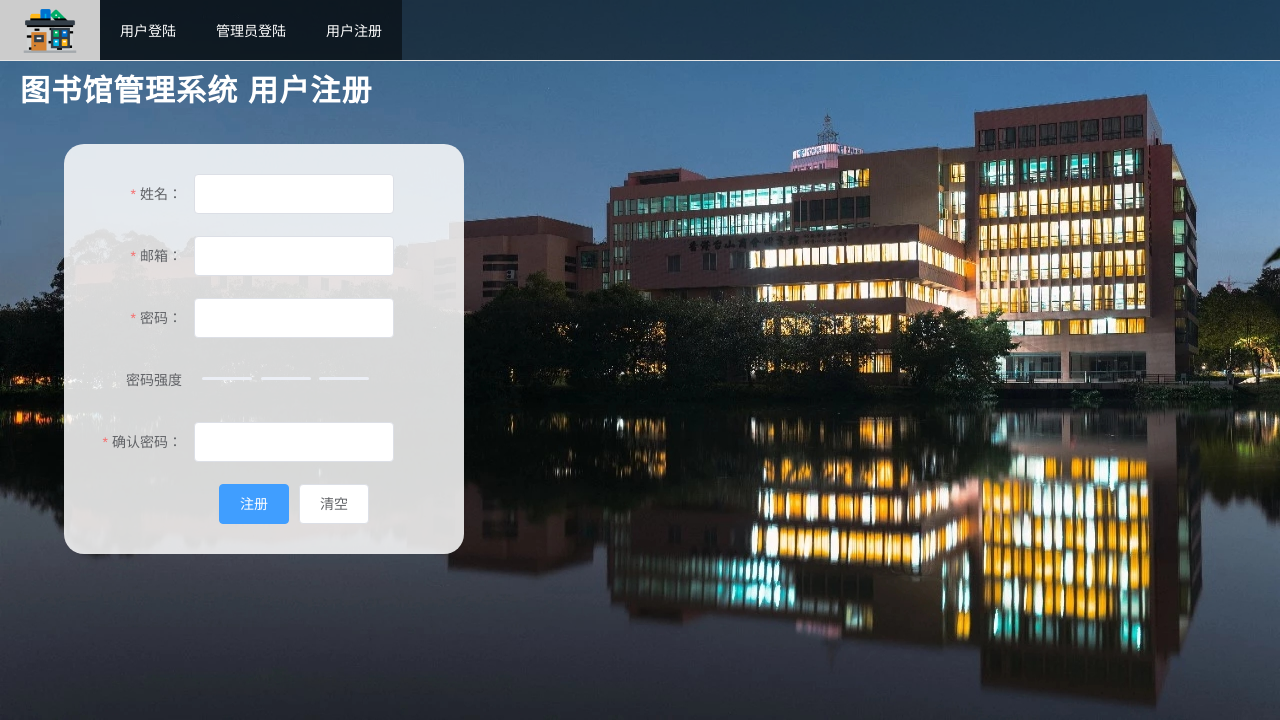
Repository: Akron-xz/helloVue
Page: /#/signup (app in vue-library/)
These files come from the project's save history. The page is drawn as it stood at one moment and after the next save; the edit follows.
The browser window is 1280 px wide. The pictures show the whole page.
The project was rebuilt for these pictures with package versions that can differ from the ones it lists, and the page was loaded fresh each time. Also part of the build but not shown: vue-library/src/views/Home.vue.

Above is the page before, as saved 2020-11-25 16:50:08.

### vue-library/src/main.js
import Vue from 'vue'
import App from './App.vue'
import ElementUI from 'element-ui';
import 'element-ui/lib/theme-chalk/index.css';
import axios from "axios"
import router from './router'
import Router from 'vue-router'

const routerPush = Router.prototype.push
Router.prototype.push = function push(location) {
    return routerPush.call(this, location).catch(error => error)
}

Vue.config.productionTip = false
Vue.use(ElementUI);
Vue.prototype.$axios = axios;


new Vue({
    router,
    render: h => h(App)
}).$mount('#app')

### vue-library/src/router/index.js
import Vue from 'vue'
import VueRouter from 'vue-router'
import Home from '../views/Home.vue'


Vue.use(VueRouter)

const routes = [{
        path: '/',
        name: 'Home',
        component: Home
    },
    {
        path: '/about',
        name: 'About',
        // route level code-splitting
        // this generates a separate chunk (about.[hash].js) for this route
        // which is lazy-loaded when the route is visited.
        component: () =>
            import ( /* webpackChunkName: "about" */ '../views/About.vue')
    },
    {
        path: '/admin',
        name: 'Admin',
        // route level code-splitting
        // this generates a separate chunk (about.[hash].js) for this route
        // which is lazy-loaded when the route is visited.
        component: () =>
            import ( /* webpackChunkName: "about" */ '../views/Administrator.vue')
    },
    {
        path: "/userLogin",
        name: "UserLogin",
        component: () =>
            import ('../views/UserLogin.vue')
    },
    {
        path: "/user",
        name: "User",
        component: () =>
            import ( /* webpackChunkName: "about" */ '../views/User.vue')
    },
    {
        path: "/signup",
        name: "SignUp",
        component: () =>
            import ('../views/SignUp.vue')
    },
    {
        path: "/adminmain",
        name: "AdminMain",
        component: () =>
            import ('../views/AdminMain.vue')
    },
    {

        path: "/MyInformation",
        name: "MyInformation",
        component: () =>
            import ('../views/MyInformation.vue')
    },
    {
        path: "/library",
        name: "Library",
        component: () =>
            import ( /* webpackChunkName: "about" */ '../views/Library.vue')

    },
    {
        path: "/modifymsg",
        name: "ModifyMsg",
        component: () =>
            import ('../views/ModifyMsg.vue')
    },
    {
        path: "/borrowhistory",
        name: "BorrowHistory",
        component: () =>
            import ('../views/BorrowHistory.vue')
    },
    {
        path: "/newissue",
        name: "NewIssue",
        component: () =>
            import ('../views/NewIssue.vue')
    },
    {
        path: "/booksearch",
        name: "BookSearch",
        component: () =>
            import ('../views/BookSearch.vue')
    },
    {
        path: "/MyBookshelves",
        name: "MyBookshelves",
        component: () =>
            import ('../views/MyBookshelves.vue')
    },
    {
        path: "/modifyAnnounce",
        name: "ModifyAnnounce",
        component: () =>
            import ('../views/ModifyAnnounce.vue')
    },
    {
        path: "/statistics",
        name: "Statistics",
        component: () =>
            import ('../views/Statistics.vue')
    },


]

const router = new VueRouter({
    routes
})

export default router

### vue-library/src/views/SignUp.vue
<template>
  <div class="signup-container">
    <homeNavigation></homeNavigation>
    <el-header>图书馆管理系统  用户注册</el-header>
    <div class="signUpBox">
      <el-form
        :model="ruleForm2"
        status-icon
        :rules="rules2"
        ref="ruleForm2"
        label-width="100px"
        class="demo-ruleForm"
      >
        <!-- <el-form-item label="注册ID：" prop="id">
          <el-input
            v-model.number="ruleForm2.id"
            onKeypress="javascript:if(event.keyCode == 32)event.returnValue = false;"
          ></el-input>
        </el-form-item> -->

        <el-form-item label="姓名：" prop="name">
          <el-input
            v-model="ruleForm2.name"
            onKeypress="javascript:if(event.keyCode == 32)event.returnValue = false;"
          ></el-input>
        </el-form-item>

        <el-form-item
          label="邮箱："
          prop="email"
          :rules="[
            { required: true, message: '请输入邮箱', trigger: 'blur' },
            { type: 'email', message: '请输入正确的邮箱地址', trigger: 'blur' },
          ]"
        >
          <el-input
            v-model="ruleForm2.email"
            onKeypress="javascript:if(event.keyCode == 32)event.returnValue = false;"
          ></el-input>
        </el-form-item>

        <el-form-item label="密码：" prop="pwd">
          <el-input
            type="password"
            v-model="ruleForm2.pwd"
            auto-complete="off"
            onKeypress="javascript:if(event.keyCode == 32)event.returnValue = false;"
          ></el-input>
        </el-form-item>
        <el-form-item label="密码强度">
          <verifyPwd v-model="ruleForm2.pwd" style="padding-top: 10px;"></verifyPwd>
        </el-form-item>

        <el-form-item label="确认密码：" prop="checkPwd">
          <el-input
            type="password"
            v-model="ruleForm2.checkPwd"
            auto-complete="off"
            onKeypress="javascript:if(event.keyCode == 32)event.returnValue = false;"
          ></el-input>
        </el-form-item>

        <el-form-item>
          <el-button type="primary" @click="submitForm('ruleForm2')"
            >注册</el-button
          >
          <el-button @click="resetForm('ruleForm2')">清空</el-button>
        </el-form-item>
      </el-form>
    </div>

  </div>
</template>



<script>
import axios from "axios";
import homeNavigation from '@/components/homeNav.vue'
import verifyPwd from '@/components/verifyPwd'
export default {
  components:{
        homeNavigation,
        verifyPwd
    },
  data() {
    var checkId = (rule, value, callback) => {
      if (!value) {
        return callback(new Error("注册ID不能为空"));
      }
      setTimeout(() => {
        if (!Number.isInteger(value)) {
          callback(new Error("请输入数值"));
        } else {
          callback();
        }
      }, 1000);
    };
    var checkName = (rule, value, callback) => {
      if (!value) {
        return callback(new Error("姓名不能为空"));
      } else {
        callback();
      }
    };

    var validatePass = (rule, value, callback) => {
      if (value === "") {
        callback(new Error("请输入密码"));
      } else {
        if (this.ruleForm2.checkPwd !== "") {
          this.$refs.ruleForm2.validateField("checkPwd");
        }
        callback();
      }
    };
    var validatePass2 = (rule, value, callback) => {
      if (value === "") {
        callback(new Error("请再次输入密码!!"));
      } else if (value !== this.ruleForm2.pwd) {
        callback(new Error("两次输入密码不一致!"));
      } else {
        callback();
      }
    };
    return {
      ruleForm2: {
        id: "",
        name: "",
        email: "",
        pwd: "",
        checkPwd: "",
      },
      rules2: {
        id: [{ validator: checkId, trigger: "blur" }],
        name: [{required: true,validator: checkName, trigger: "blur" }],

        pwd: [{ required: true,validator: validatePass, trigger: "blur" },
          {required:true,pattern:/^(?=.*\d)(?=.*[a-zA-Z])(?=.*[~!@#$%^&*])[\da-zA-Z~!@#$%^&*]{8,24}$/,
           message:'请包含大小写和数字与字符*',trigger:'blur'}
        ],
        checkPwd: [{ required: true,validator: validatePass2, trigger: "blur" }],
      },
    };
  },
  methods: {
    submitForm(formName) {
      this.$refs[formName].validate((valid) => {
        console.log(valid);
        if (valid) {

          axios(
            {
              method: "post",
              url: "http://localhost:8081/user/saveUser/",
              data: {
                userId: this.ruleForm2.id,
                name: this.ruleForm2.name,
                email: this.ruleForm2.email,
                password: this.ruleForm2.pwd,
              },
            },
            { emulateJSON: true }
          ).then((res) => {
            this.ruleForm2.id = "";
            this.ruleForm2.name = "";
            this.ruleForm2.email = "";
            this.ruleForm2.pwd = "";
            this.ruleForm2.checkPwd = "";
            this.$message({
              message:"注册成功，您的ID为："+res.data,
              type: "success",
              duration:5000
            });
            this.$router.push({path:'/userLogin'})
          });
        } else {
          console.log("error submit!!");
          return false;
        }
      });
    },
    resetForm(formName) {
      this.$refs[formName].resetFields();
    },
  },
  resetForm(formName) {
    this.$refs[formName].resetFields();
  },
};
</script>

<style scoped>
.signup-container {
  position: fixed;
  left: 0;
  top: 0;
  width: 100%;
  height: 100%;
  background-image: url(/img/divBg/bg32.jpg);
  background-size: 100% 100%;
}

.el-header {
  text-align: left;
  line-height: 60px;
  font-weight: 1000;
  font-size: 30px;
  color: white;
  letter-spacing: 0.04em;
}

.demo-ruleForm {
  position: absolute;
  right: 70px;
  top: 30px;
  width: 300px;
  height: 50px;
}

.signUpBox {
  position: absolute;
  top: 20%;
  left: 5%;
  width: 400px;
  height: 410px;
  background: #ffffffd7;
  border-radius: 20px;
}

</style>

### vue-library/src/components/homeNav.vue
<template>

    <div class="navigation-bar">
        <el-menu
            class="el-menu-demo"
            mode="horizontal"
            @select="handleSelect"
            background-color="#00000080"
            text-color="#ffffff"
            text-font="15px"
            border="none"
            >


            <el-menu-item index="1" @click="toMain">
                <img src="/img/libraryIcon.png" alt="" target="_self" class="libraryIcon">
            </el-menu-item>

            <el-menu-item index="2" @click="toLogin">
                <a  target="_self"  >用户登陆</a>
            </el-menu-item>

            <el-menu-item index="3" @click="toAdministrator">
                <a  target="_self">管理员登陆</a>
            </el-menu-item>

            <el-menu-item index="4" @click="toSignUp">
                <a  target="_self">用户注册</a>
            </el-menu-item>

            <!-- <el-menu-item index="5" @click="toLibrary">
                <a  target="_self">图书馆</a>
            </el-menu-item> -->

            <!-- <el-menu-item index="6" class="exitIcon">
                <img src="/img/logoutIcon.png" alt="" target="_self" class="logoutIcon">
            </el-menu-item> -->

            <!-- <el-menu-item index="6" @click="toMain">
                <a  target="_self">返回主页</a>
            </el-menu-item> -->
        </el-menu>

    </div>
</template>

<script>
export default {
    name:"Nav",
    data() {
      return {
        activeIndex: '1'
      }
    },
    methods: {
    handleSelect(key, keyPath) {
      console.log(key, keyPath);
    },
    toMain(){
      this.$router.push({path:'/'});
    },

    toLogin(){
      this.$router.push({path:'/UserLogin'});
    },
    toAdministrator(){
      this.$router.push({path:'/Admin'});
    },
    toSignUp(){
      this.$router.push({path:'/SignUp'});
    },




  },

}
</script>>

<style scoped>
.libraryIcon{
  height: 60px;
  width: 60px;
}

.exitIcon{
  float: right;
}

.logoutIcon{
  height: 40px;
  width: 40px;
}

</style>>

### vue-library/src/components/verifyPwd.vue

<template>
  <div id="container">
    <el-row>
      <el-col :span="6" :offset="1">
        <el-progress
          :percentage="onePercentage"
          :color="oneCustomColors"
          :format="oneFormat"
          :stroke-width="3"
        ></el-progress>
      </el-col>
      <el-col :span="6" :offset="1">
        <el-progress
          :percentage="twoPercentage"
          :color="twoCustomColors"
          :format="twoFormat"
          :stroke-width="3"
        ></el-progress>
      </el-col>
      <el-col :span="6" :offset="1">
        <el-progress
          :percentage="ThreePercentage"
          :color="ThreeCustomColors"
          :format="ThreeFormat"
          :stroke-width="3"
        ></el-progress>
      </el-col>
      <el-col :span="2" :offset="1" style="line-height: 15px">
        {{ content }}
      </el-col>
    </el-row>
  </div>
</template>

<script>
export default {
  name: "verifyPwd",
  model: {
    event: "change",
    prop: "password",
  },
  props: {
    //密码
    password: {
      type: [String, Boolean, Number, Object],
      required: true,
      default: "",
    },
  },
  watch: {
    password(newValue) {
      const mode = this.checkPasswordStrength(newValue);
      //逻辑处理
      switch (mode) {
        //初始化状态
        case 0:
          this.content = "";
          this.onePercentage = 0;
          this.twoPercentage = 0;
          this.ThreePercentage = 0;
          break;
        case 1:
          this.content = "弱";
          this.onePercentage = 100;
          this.twoPercentage = 0;
          this.ThreePercentage = 0;
          break;
        case 2:
          this.content = "中";
          this.onePercentage = 100;
          this.twoPercentage = 100;
          this.ThreePercentage = 0;
          break;
        case 3:
          this.content = "中";
          this.onePercentage = 100;
          this.twoPercentage = 100;
          this.ThreePercentage = 0;
          break;
        default:
          this.content = "高";
          this.onePercentage = 100;
          this.twoPercentage = 100;
          this.ThreePercentage = 100;
          break;
      }
    },
  },
  data() {
    return {
      content: "",
      onePercentage: 0,
      twoPercentage: 0,
      ThreePercentage: 0,
      oneCustomColors: [{ color: "#f56c6c", percentage: 100 }],
      twoCustomColors: [{ color: "#e6a23c", percentage: 100 }],
      ThreeCustomColors: [{ color: "#67c23a", percentage: 100 }],
    };
  },
  methods: {
    oneFormat() {
      return "";
    },
    twoFormat() {
      return "";
    },
    ThreeFormat() {
      return "";
    },
    //密码强度验证
    checkPasswordStrength(value) {
      let mode = 0;
      //正则表达式验证符合要求的
      if (value.length < 1) return mode;
      if (/\d/.test(value)) mode++; //数字
      if (/[a-z]/.test(value)) mode++; //小写
      if (/[A-Z]/.test(value)) mode++; //大写
      if (/\W/.test(value)) mode++; //特殊字符
      return mode;
    },
  },
};
</script>

<style>
.el-progress__text {
  display: none;
}
.el-progress-bar {
  padding-right: 0px;
  margin: 0px;
}
</style>

Loaded but not shown: vue-library/public/index.html (common file); vue-library/src/App.vue (common file)

After the next save:
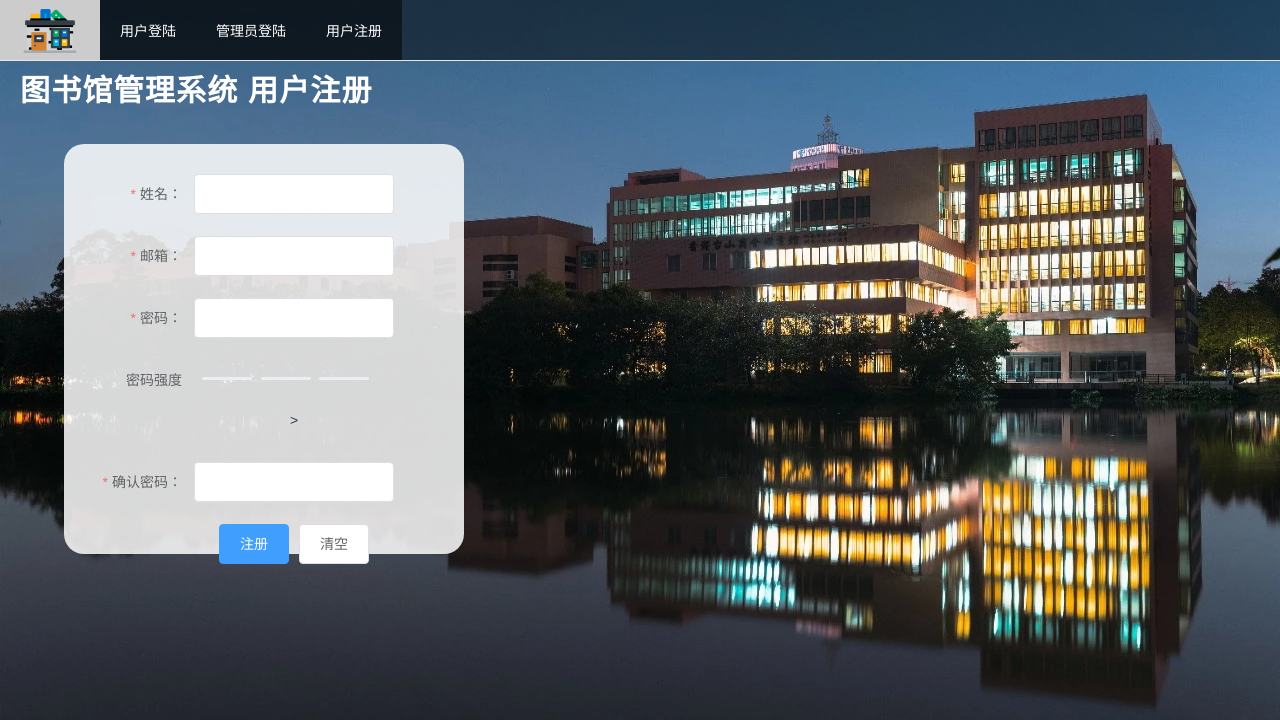
Saved 5 min 39 s later.
--- a/vue-library/src/views/SignUp.vue
+++ b/vue-library/src/views/SignUp.vue
@@ -47,9 +47,10 @@
             onKeypress="javascript:if(event.keyCode == 32)event.returnValue = false;"
           ></el-input>
         </el-form-item>
-        <el-form-item label="密码强度">
-          <verifyPwd v-model="ruleForm2.pwd" style="padding-top: 10px;"></verifyPwd>
-        </el-form-item>
+
+        <el-form-item label="密码强度">
+          <verify-pwd  v-model="ruleForm2.pwd" style="padding-top: 10px;"></verify-pwd>>
+        </el-form-item>
 
         <el-form-item label="确认密码：" prop="checkPwd">
           <el-input

After the save that followed:
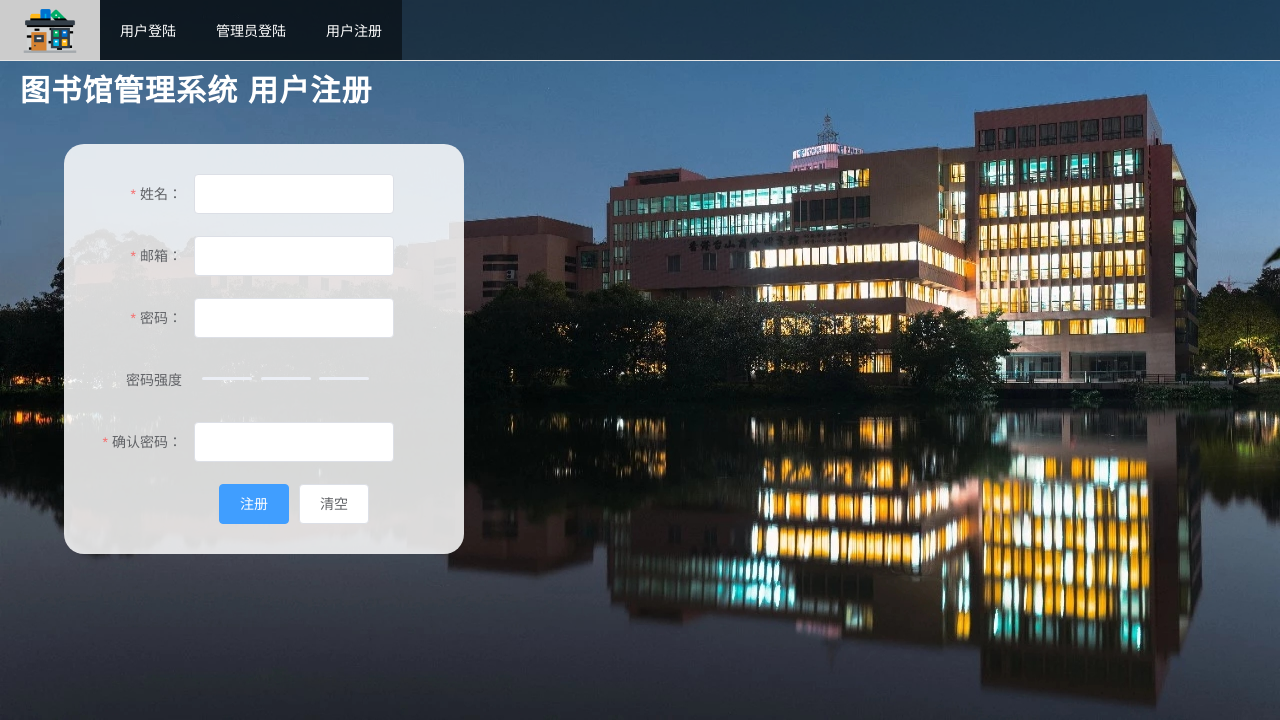
Saved 7 s later.
--- a/vue-library/src/views/SignUp.vue
+++ b/vue-library/src/views/SignUp.vue
@@ -49,7 +49,7 @@
         </el-form-item>
 
         <el-form-item label="密码强度">
-          <verify-pwd  v-model="ruleForm2.pwd" style="padding-top: 10px;"></verify-pwd>>
+          <verify-pwd  v-model="ruleForm2.pwd" style="padding-top: 10px;"></verify-pwd>
         </el-form-item>
 
         <el-form-item label="确认密码：" prop="checkPwd">
